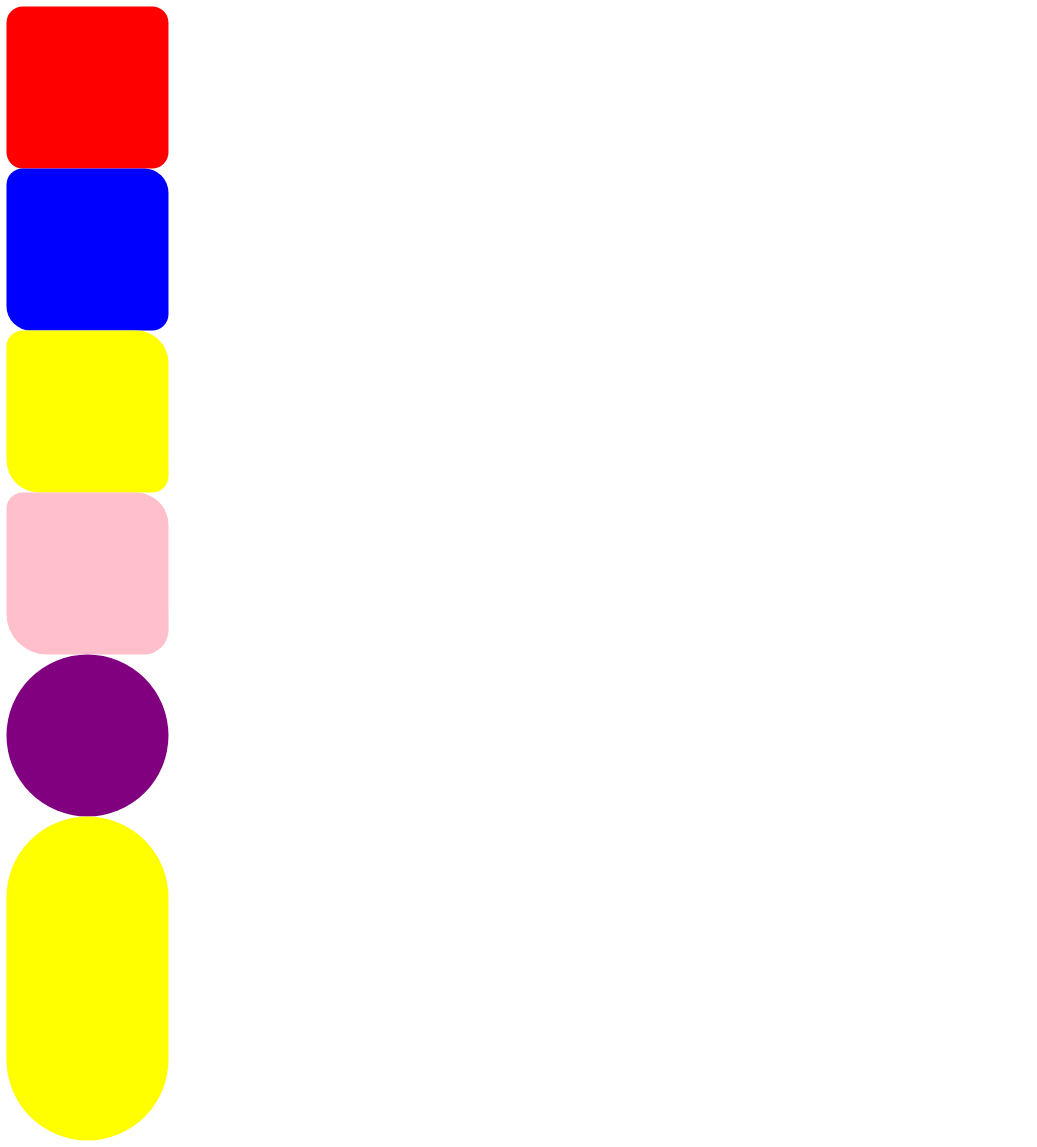
Repository: TheBestBadGuy0228/code
Page: 盒子圆角阴影文字阴影.html
An editor plug-in stored every save of this project. The page is shown before and after the next save, followed by the edit.
The browser window is 1280 px wide. The pictures show the whole page, at 81% of full size.

Above is the page before, as saved 2021-12-08 14:47:47.

After the next save:
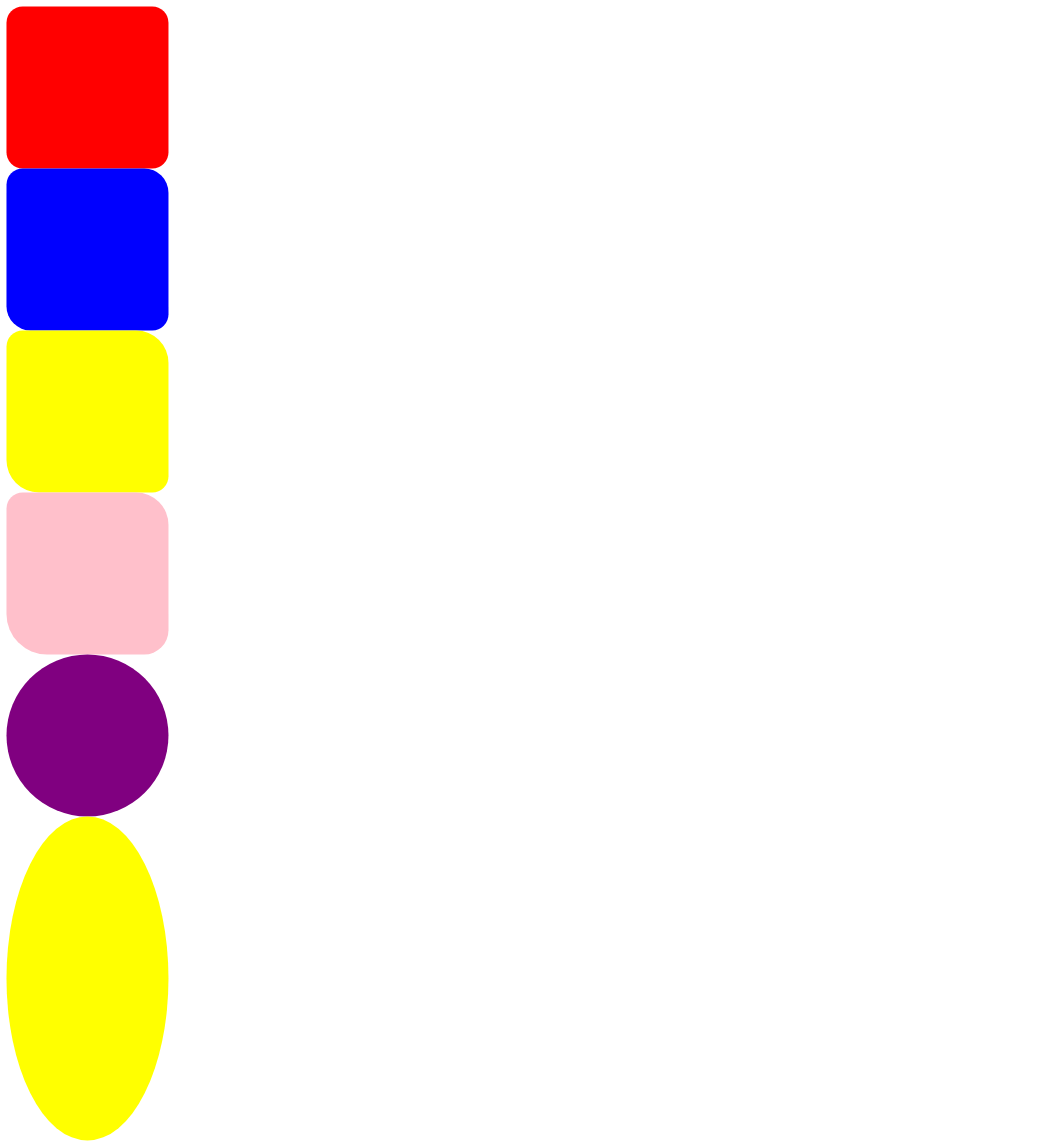
Saved 23 min 53 s later.
--- a/盒子圆角阴影文字阴影.html
+++ b/盒子圆角阴影文字阴影.html
@@ -52,7 +52,7 @@
         background-color: yellow;
         height: 400px;
         width: 200px;
-        border-radius: 100px;
+        border-radius: 50%;
     }
 </style>
 <body>

After the save that followed:
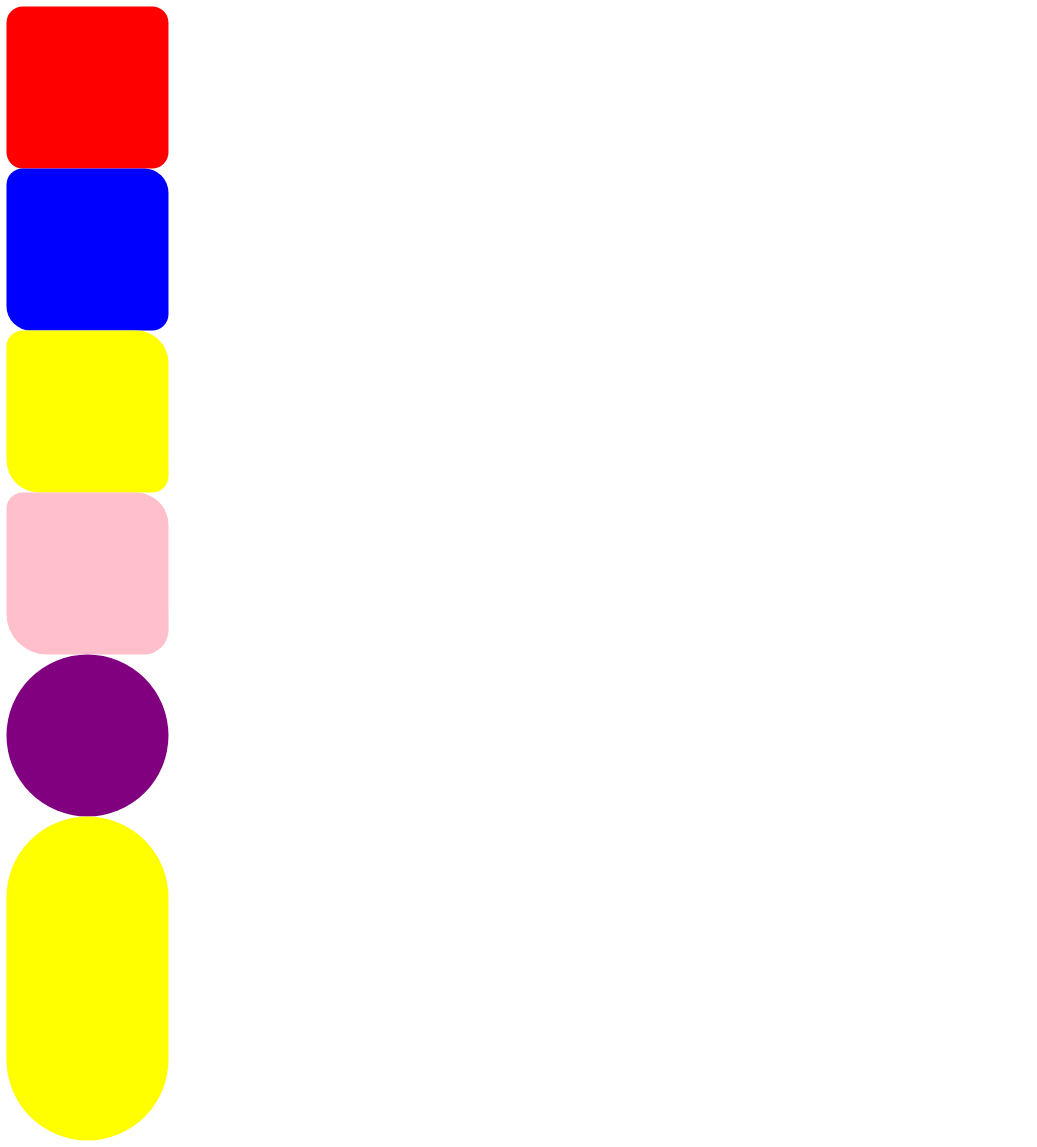
Saved 14 s later.
--- a/盒子圆角阴影文字阴影.html
+++ b/盒子圆角阴影文字阴影.html
@@ -52,7 +52,7 @@
         background-color: yellow;
         height: 400px;
         width: 200px;
-        border-radius: 50%;
+        border-radius: 100px;
     }
 </style>
 <body>
